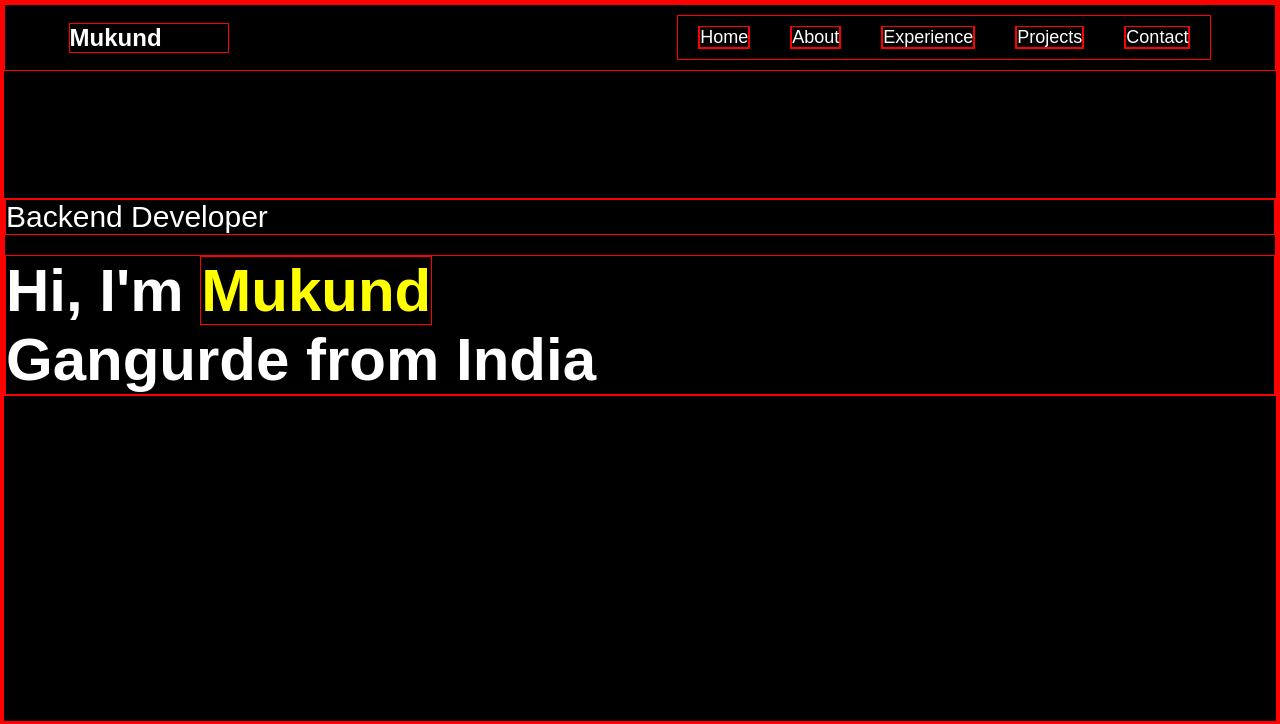
Repository: mukundgangurde/expense-tracker
Page: index.html
These files come from the project's save history. The page is drawn as it stood at one moment and after the next save; the edit follows.
The browser window is 1280 px wide. The pictures show the whole page.

Above is the page before, as saved 2025-11-02 18:04:41.

After the next save:
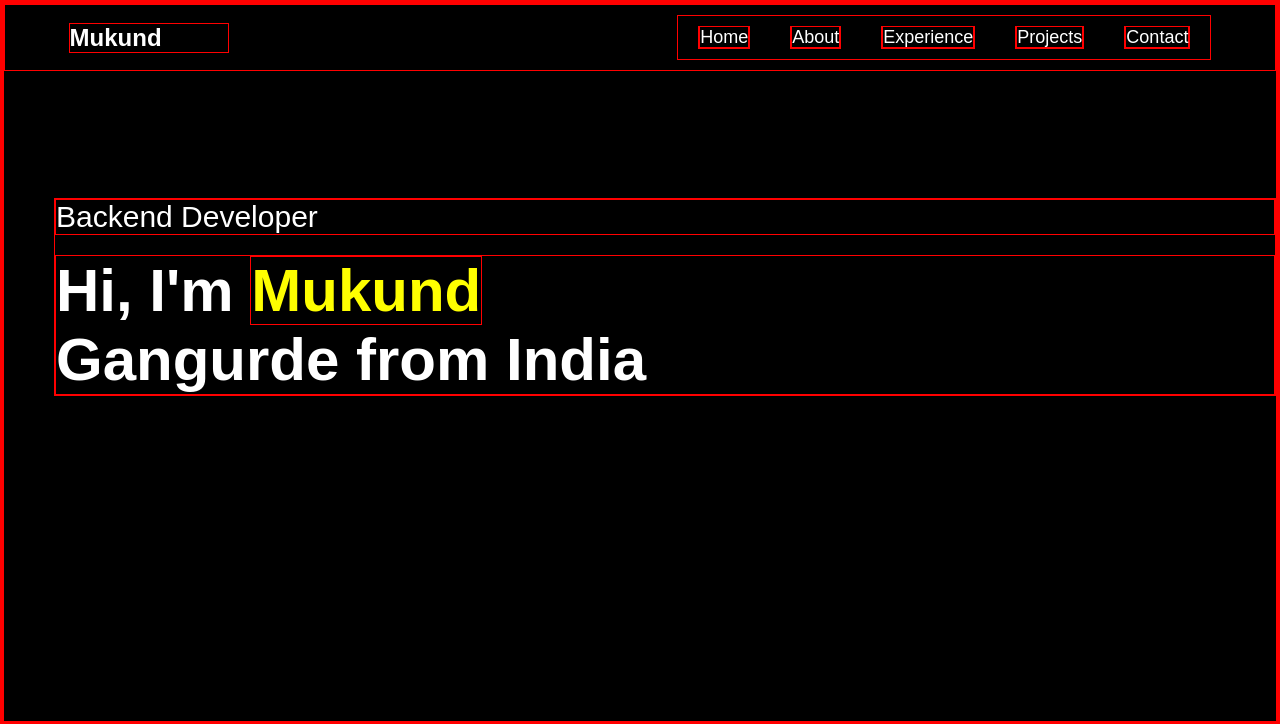
Saved 7 s later.
--- a/style.css
+++ b/style.css
@@ -55,7 +55,7 @@ nav ul li a {
 
 .header-text {
   margin-top: 10%;
-  left: 50px;
+  margin-left: 50px;
   font-size: 30px;
 }
 
